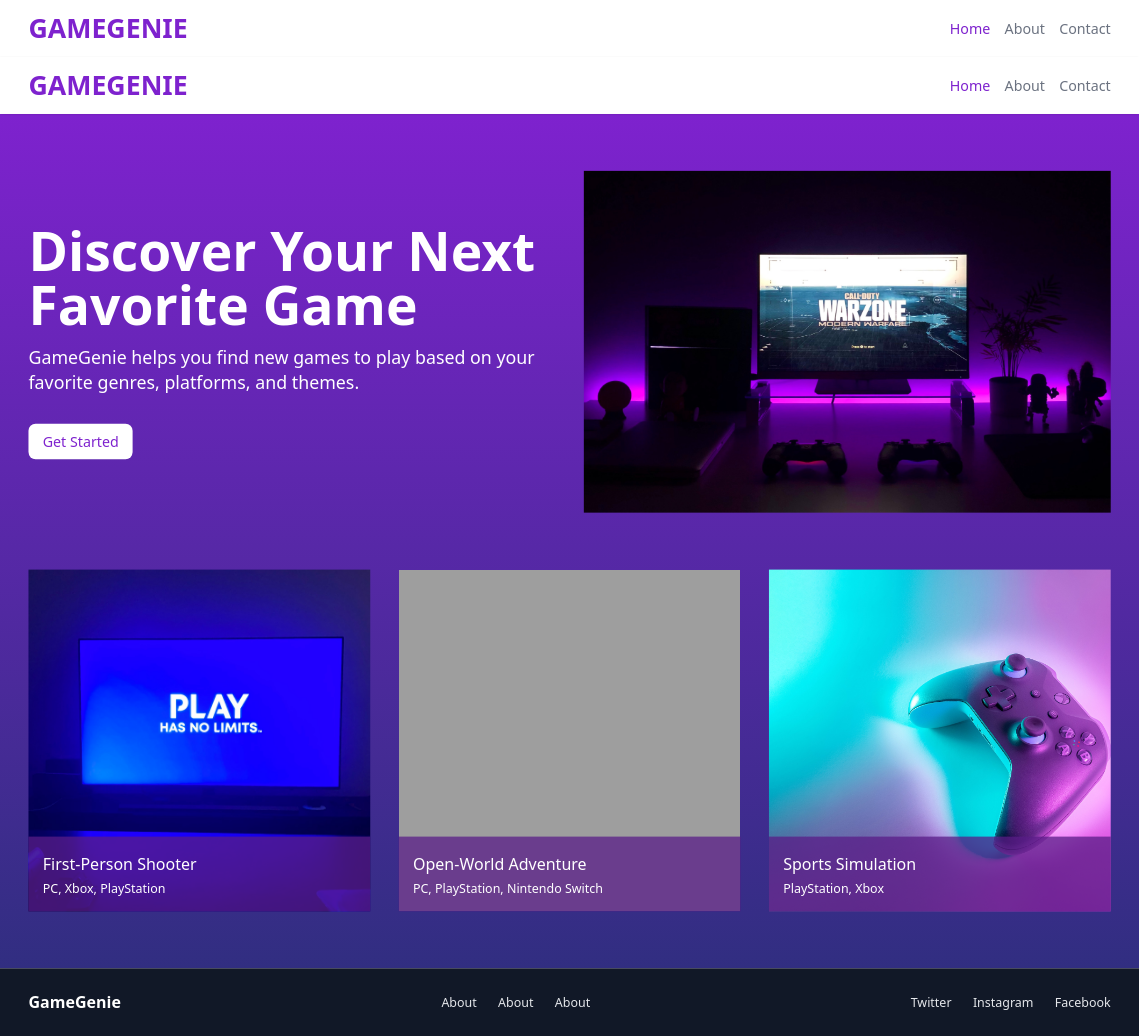
Repository: mfaeezshabbir/Gamegenie
Page: /
An editor plug-in stored every save of this project. The page is shown before and after a run of saves, followed by the edit.
The browser window is 1280 px wide. The pictures show the whole page, at 89% of full size.
Pictures or frames that could not be fetched are drawn as grey boxes. The project was rebuilt for these pictures with package versions that can differ from the ones it lists, and the page was loaded fresh each time. The framework's server and built-in components were replaced by stand-ins that run in the browser. Also part of the build but not shown: next.config.js.

Above is the page before, as saved 2023-04-16 15:51:57.

After the next 2 saves:
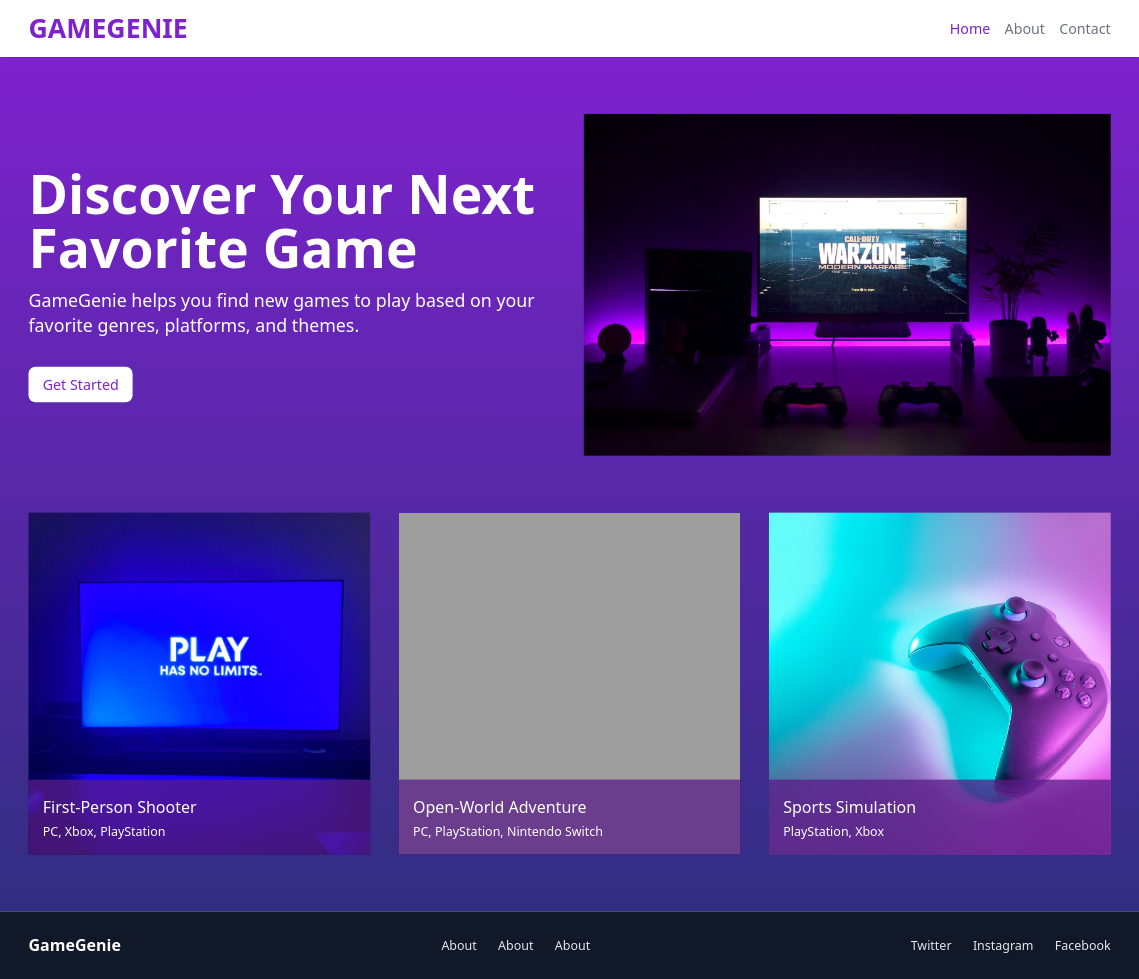
The 2 saves are shown as one change because 1 did not build or start.
The last was saved 51 s later.
--- a/pages/home.jsx
+++ b/pages/home.jsx
@@ -9,7 +9,7 @@
 
 const Home = () => {
     return (
-        <Layout activePage={Home}>
+        // <Layout activePage={Home}>
             <div className="bg-gradient-to-b from-purple-700 to-indigo-900 text-white min-h-screen">
                 <Head>
                     <title>GameGenie - Discover new games to play</title>
@@ -80,7 +80,7 @@
                     </div>
                 </div>
             </div>
-        </Layout>
+        // </Layout>
     );
 };
 
